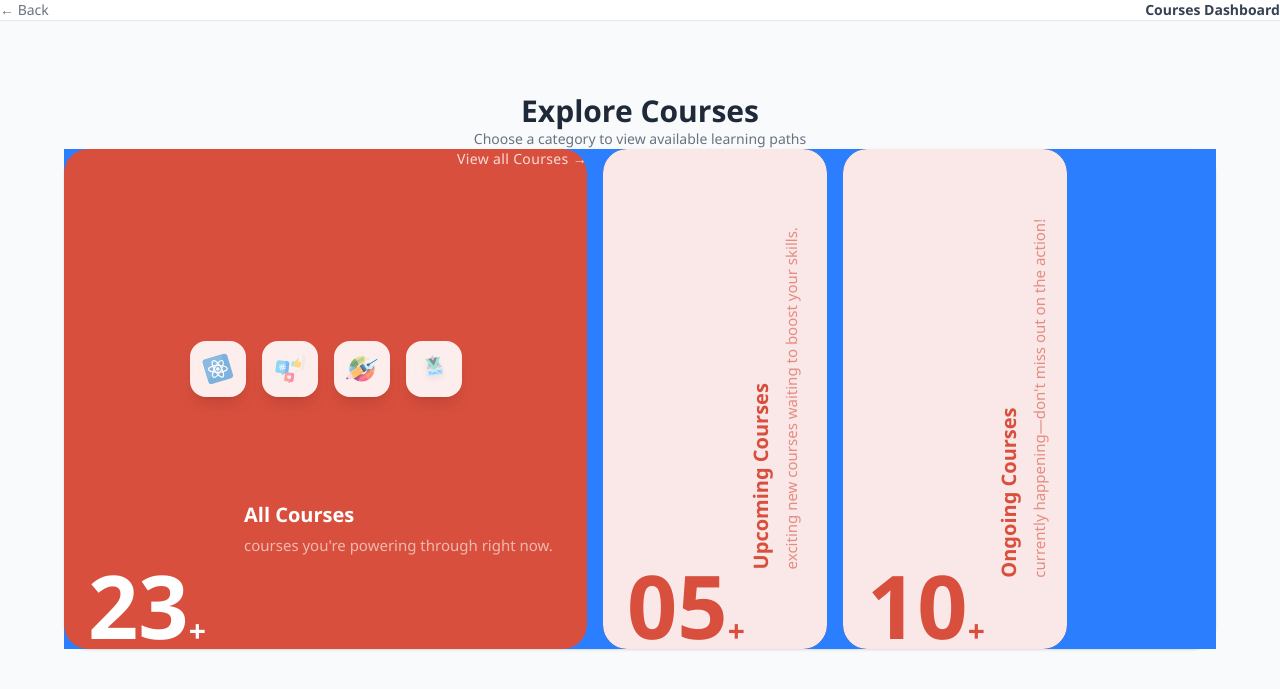
Repository: RahulRajKhadka/nextjs-dashboard-app
Page: /task2
The author's editor kept a copy of each file at every save. The page is drawn from the files as they stood at one save, then again after a run of saves.
The browser window is 1280 px wide. The pictures show the whole page.
The project was rebuilt for these pictures with package versions that can differ from the ones it lists, and the page was loaded fresh each time. The framework's server and built-in components were replaced by stand-ins that run in the browser. Also part of the build but not shown: next.config.ts.

Above is the page before, as saved 2026-04-10 14:03:12.

### src/app/layout.tsx
import type { Metadata } from "next";
import "./globals.css";

export const metadata: Metadata = {
  title: "SkillShikshya Tasks",
  description: "Frontend & Logical Tasks",
};

export default function RootLayout({
  children,
}: {
  children: React.ReactNode;
}) {
  return (
    <html lang="en">
      <body>{children}</body>
    </html>
  );
}

### src/app/task2/page.tsx
"use client";
import dynamic from "next/dynamic";
import Link from "next/link";

const CourseCards = dynamic(() => import("@/components/task2/CourseCards"), {
  loading: () => (
    <div className="flex items-center justify-center h-[300px] text-gray-400 text-sm">
      Loading courses...
    </div>
  ),
  ssr: false,
});

export default function Task2Page() {
  return (
    <main className="min-h-screen bg-gray-50 flex flex-col">

      {/* Top Bar */}
      <div className="flex items-center justify-between px-6 md:px-10 py-4 border-b border-gray-200 bg-white">
        <Link
          href="/"
          className="text-sm text-gray-500 hover:text-gray-900 transition-colors"
        >
          ← Back
        </Link>

        <span className="text-sm font-semibold text-gray-700">
          Courses Dashboard
        </span>
      </div>

      {/* Centered Content */}
      <div className="flex-1 flex items-center justify-center px-4 py-10">

        <div className="w-full max-w-6xl">

          {/* Heading */}
          <div className="mb-8 text-center mt-10">
            <h1 className="text-3xl font-bold text-gray-800">
              Explore Courses
            </h1>
            <p className="text-gray-500 text-sm mt-2">
              Choose a category to view available learning paths
            </p>
          </div>

          {/* Cards */}
          <div className="bg-white rounded-3xl shadow-sm p-4 md:p-6">
            <CourseCards />
          </div>

        </div>

      </div>
    </main>
  );
}

### src/app/globals.css
@import "tailwindcss";

* {
  margin: 0;
  padding: 0;
  box-sizing: border-box;
}

html {
  scroll-behavior: smooth;
}

body {
  font-family: "Segoe UI", sans-serif;
  background-color: #f5f5f5;
}

.vertical-text {
  writing-mode: vertical-rl;
  transform: rotate(180deg);
}

### src/components/task2/CourseCards.tsx
"use client";

import { useState, useRef, useLayoutEffect } from "react";
import CourseCard from "./CourseCard";
import { courseCardsData } from "./courseCardsData";
import gsap from "gsap";

export default function CourseCards() {
  const [expandedId, setExpandedId] = useState<number>(1);
  const [directionMap, setDirectionMap] = useState<Map<number, "left" | "right">>(new Map());

  const cardRefs = useRef<(HTMLDivElement | null)[]>([]);
  const containerRef = useRef<HTMLDivElement>(null);
  const expandedWidth = useRef(0);
  const collapsedWidth = useRef(0);
  const isAnimating = useRef(false);

  useLayoutEffect(() => {
    const container = containerRef.current;
    if (!container) return;

    const totalWidth = container.clientWidth;
    const gap = 16;
    const totalGap = gap * (courseCardsData.length - 1);
    const unit = (totalWidth - totalGap) / courseCardsData.length;

    expandedWidth.current = unit * 1.4;
    collapsedWidth.current = unit * 0.6;

    const initialDirectionMap = new Map<number, "left" | "right">();
    courseCardsData.forEach((course, index) => {
      initialDirectionMap.set(course.id, index === 0 ? "right" : "left");
    });
    setDirectionMap(initialDirectionMap);

    cardRefs.current.forEach((el, i) => {
      if (el) {
        gsap.set(el, {
          width:
            courseCardsData[i].id === 1
              ? expandedWidth.current
              : collapsedWidth.current,
        });
      }
    });
  }, []);

  const getDirectionForCard = (clickedId: number, currentExpandedId: number): "left" | "right" => {
    const clickedIndex = courseCardsData.findIndex((c) => c.id === clickedId);
    const expandedIndex = courseCardsData.findIndex((c) => c.id === currentExpandedId);
    return clickedIndex < expandedIndex ? "left" : "right";
  };

  const isCardLeftmost = (cardId: number): boolean => {
    return courseCardsData.findIndex((c) => c.id === cardId) === 0;
  };

  const handleCardClick = (courseId: number) => {
    if (courseId === expandedId || isAnimating.current) return;

    const newDirection = getDirectionForCard(courseId, expandedId);
    const prevIndex = courseCardsData.findIndex((c) => c.id === expandedId);
    const newIndex = courseCardsData.findIndex((c) => c.id === courseId);

    isAnimating.current = true;

    const tl = gsap.timeline({
      onComplete: () => {
        isAnimating.current = false;
      },
    });

    setDirectionMap((prev) => {
      const newMap = new Map(prev);
      newMap.set(courseId, newDirection);
      return newMap;
    });

  tl.to({}, { duration: 0.08 })

.to(cardRefs.current[prevIndex], {
  width: collapsedWidth.current,
  duration: 0.45,
  ease: "power2.inOut",
})

.to(
  cardRefs.current[newIndex],
  {
    width: expandedWidth.current,
    duration: 0.5,
    ease: "power3.out",
  },
  "-=0.2" // 👈 starts before collapse fully ends
)

.call(() => {
  setExpandedId(courseId);
});
  };

  return (
    <div
      ref={containerRef}
      className="flex gap-4 w-full p-8 bg-blue-500 h-[500px]"
    >
      {courseCardsData.map((course, i) => (
        <div
          key={course.id}
          ref={(el) => (cardRefs.current[i] = el)}
          className="shrink-0 overflow-hidden rounded-3xl"
        >
          <CourseCard
            course={course}
            isExpanded={expandedId === course.id}
            direction={directionMap.get(course.id) || (i === 0 ? "right" : "left")}
            isLeftmost={isCardLeftmost(course.id)}
            onClick={() => handleCardClick(course.id)}
          />
        </div>
      ))}
    </div>
  );
}

### src/components/task2/CourseCard.tsx
"use client";

import Image from "next/image";
import { useRef, useLayoutEffect } from "react";
import { CourseCard as CourseCardType } from "@/types";
import gsap from "gsap";

interface Props {
  course: CourseCardType;
  isExpanded: boolean;
  onClick: () => void;
  direction: "left" | "right";
  isLeftmost?: boolean;
}

export default function CourseCard({
  course,
  isExpanded,
  onClick,
  direction,
  isLeftmost = false,
}: Props) {
  const numberRef = useRef<HTMLDivElement>(null);
  const collapsedLabelRef = useRef<HTMLDivElement>(null);
  const iconsRef = useRef<(HTMLSpanElement | null)[]>([]);
  const topbarRef = useRef<HTMLDivElement>(null);
  const expandedViewRef = useRef<HTMLDivElement>(null);
  const circleRef = useRef<HTMLDivElement>(null);

  useLayoutEffect(() => {
    if (!numberRef.current || !collapsedLabelRef.current) return;

    if (isExpanded) {
      // Create a timeline for smooth coordination
      const tl = gsap.timeline();

      // Show expanded view
      gsap.set(expandedViewRef.current, { display: "grid" });

      // Measure label and number positions
      const labelRect = collapsedLabelRef.current.getBoundingClientRect();
      const numberRect = numberRef.current.getBoundingClientRect();

      // Calculate target position (beside number with 16px gap)
      const targetX = numberRect.right + 16 - (labelRect.left + labelRect.width / 2);
      const targetY = numberRect.bottom - labelRect.height / 2 - labelRect.top - labelRect.height / 2;

      // 1. Circle wipe animation
      tl.to(circleRef.current, {
        clipPath: "circle(0% at 0% 100%)",
        duration: 1.2,
        ease: "power3.inOut",
      }, 0);

      // 2. Label animation (rotate + move) - starts at same time
      tl.fromTo(collapsedLabelRef.current,
        {
          rotation: -90,
          x: 0,
          y: 0,
          color: course.textColor,
        },
        {
          rotation: 0,
          x: 180,
          y: 130,
          color: "#ffffff",
          duration: 0.8,
          ease: "back.out(0.3)",
        }, 0
      );

      // 3. Number color change
      tl.to(numberRef.current, {
        color: "#ffffff",
        duration: 0.4,
      }, 0.2);

      // 4. Top bar animation
      const topbarFromX = direction === "left" ? 60 : -60;
      tl.fromTo(topbarRef.current,
        { opacity: 0, y: -15, x: topbarFromX },
        {
          opacity: 1,
          y: 0,
          x: 0,
          duration: 0.5,
          ease: "power2.out",
        }, 0.3
      );

      // 5. Icons animation (staggered)
      const iconsFromX = direction === "left" ? 120 : -120;
      gsap.set(iconsRef.current, { x: iconsFromX, opacity: 0 });
      iconsRef.current.forEach((icon, i) => {
        tl.to(icon, {
          x: 0,
          opacity: 1,
          duration: 0.4,
          ease: "power2.out",
        }, 0.4 + i * 0.08);
      });

    } else {
      // COLLAPSE ANIMATIONS - Smooth reverse
      const tl = gsap.timeline();

      // 1. Circle expands back
      tl.to(circleRef.current, {
        clipPath: "circle(130% at 0% 80%)",
        duration: 0.8,
        ease: "power3.inOut",
      }, 0);

      // 2. Label returns to collapsed position
      tl.to(collapsedLabelRef.current, {
        rotation: -90,
        x: 0,
        y: 0,
        color: course.textColor,
        duration: 0.6,
        ease: "power2.inOut",
      }, 0);

      // 3. Number color returns
      tl.to(numberRef.current, {
        color: course.textColor,
        duration: 0.3,
      }, 0.1);

      // 4. Hide expanded view
      tl.set(expandedViewRef.current, {
        display: "none"
      }, 0.3);

      // 5. Reset icons and topbar
      tl.set(iconsRef.current, {
        clearProps: "x,opacity"
      }, 0.4);

      tl.set(topbarRef.current, {
        clearProps: "x,y,opacity"
      }, 0.4);
    }
  }, [isExpanded, direction, course.textColor]);

  return (
    <div
      onClick={onClick}
      className="relative rounded-3xl overflow-hidden cursor-pointer h-full w-full"
      style={{ backgroundColor: course.bgExpanded }}
    >
      {/* Background circle */}
      <div
        ref={circleRef}
        className="absolute inset-0 z-[1]"
        style={{
          backgroundColor: course.bg,
          clipPath: "circle(150% at 0% 100%)",
        }}
      />

      {/* NUMBER — always bottom-left */}
      <div className="absolute bottom-0 left-6 z-[3] flex items-end p-4 pointer-events-none">
        <div ref={numberRef} className="flex items-end" style={{ color: course.textColor }}>
          <span
            className="font-black leading-none"
            style={{
              fontSize: "clamp(3.5rem,7vw,5.5rem)",
              color: "inherit",
            }}
          >
            {String(course.count).padStart(2, "0")}
          </span>
          <span className="font-black text-3xl mb-2 ml-1" style={{ color: "inherit" }}>
            +
          </span>
        </div>
      </div>

      {/* SINGLE LABEL — starts centered, rotates and moves on expand */}
      <div className="absolute inset-0 z-[4] flex items-center  pointer-events-none">
        <div
          ref={collapsedLabelRef}
          className="flex flex-col gap-1"
          style={{
            transform: "rotate(-90deg)",
            color: course.textColor,
          }}
        >
          <span className="font-bold text-[20px] whitespace-nowrap" style={{ color: "inherit" }}>
            {course.label}
          </span>
          <p className="text-[15px] opacity-60 whitespace-nowrap" style={{ color: "inherit" }}>
            {course.sublabel}
          </p>
        </div>
      </div>

      {/* EXPANDED VIEW — topbar + icons only */}
      <div
        ref={expandedViewRef}
        className="absolute inset-0 z-[2] p-5"
        style={{
          display: isExpanded ? "grid" : "none",
          gridTemplateRows: "auto 1fr auto",
        }}
      >
        {/* Row 1: topbar */}
        <div ref={topbarRef} className="flex justify-end mt-40 opacity-0">
          <span className="text-white/80 text-sm font-medium tracking-wide">
            View all Courses →
          </span>
        </div>

        {/* Row 2: icons */}
        <div className="flex gap-4 items-center justify-center">
          {course.icons?.map((iconPath, i) => (
            <span
              key={i}
              ref={(el) => (iconsRef.current[i] = el)}
              className="w-14 h-14 rounded-2xl bg-white/90 backdrop-blur-sm flex items-center justify-center shadow-lg"
            >
              <Image src={iconPath} alt="" width={32} height={32} className="opacity-80" />
            </span>
          ))}
        </div>

        {/* Row 3: empty spacer */}
        <div className="h-20" />
      </div>
    </div>
  );
}

### src/components/task2/courseCardsData.ts
import { CourseCard } from "@/types";

export const courseCardsData: CourseCard[] = [
  {
    id: 1,
    count: "23",
    label: "All Courses",
    sublabel: "courses you're powering through right now.",
    bg: "#F9E8E7",        // ← was "#D94F3D", should be light pink
    textColor: "#D94F3D",  // ← was "white", red for collapsed state
    bgExpanded: "#D94F3D",
    icons: ["/images/react.svg", "/images/likes.svg", "/images/design.svg", "/images/view.svg"],
  },
  {
    id: 2,
    count: "05",
    label: "Upcoming Courses",
    sublabel: "exciting new courses waiting to boost your skills.",
    bg: "#F9E8E7",
    textColor: "#D94F3D",
    bgExpanded: "#D94F3D",
    icons: ["/images/react.svg", "/images/likes.svg", "/images/design.svg", "/images/view.svg"],
  },
  {
    id: 3,
    count: "10",
    label: "Ongoing Courses",
    sublabel: "currently happening—don't miss out on the action!",
    bg: "#F9E8E7",
    textColor: "#D94F3D",
    bgExpanded: "#D94F3D",
    icons: ["/images/react.svg", "/images/likes.svg", "/images/design.svg", "/images/view.svg"],
  },
];

After the next 2 saves:
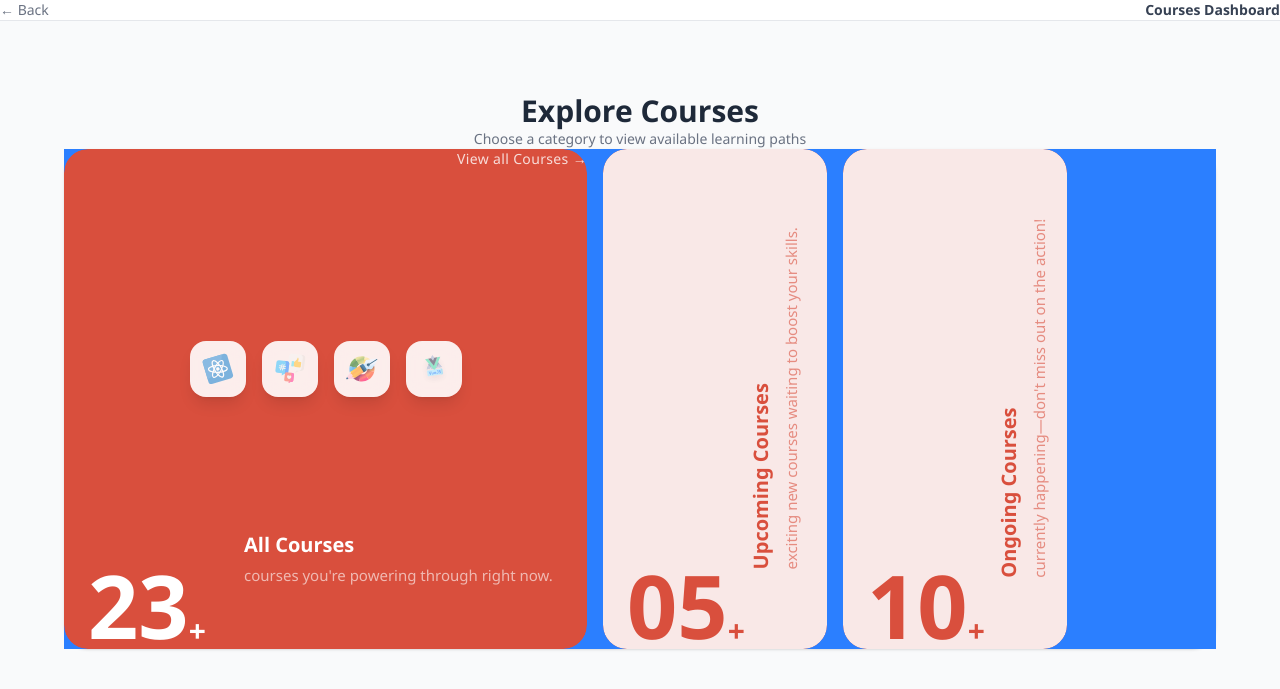
The 2 saves are shown as one change because they came seconds apart.
The last was saved 16 s later.
--- a/src/components/task2/CourseCard.tsx
+++ b/src/components/task2/CourseCard.tsx
@@ -63,7 +63,7 @@ export default function CourseCard({
         {
           rotation: 0,
           x: 180,
-          y: 130,
+          y: 160,
           color: "#ffffff",
           duration: 0.8,
           ease: "back.out(0.3)",
